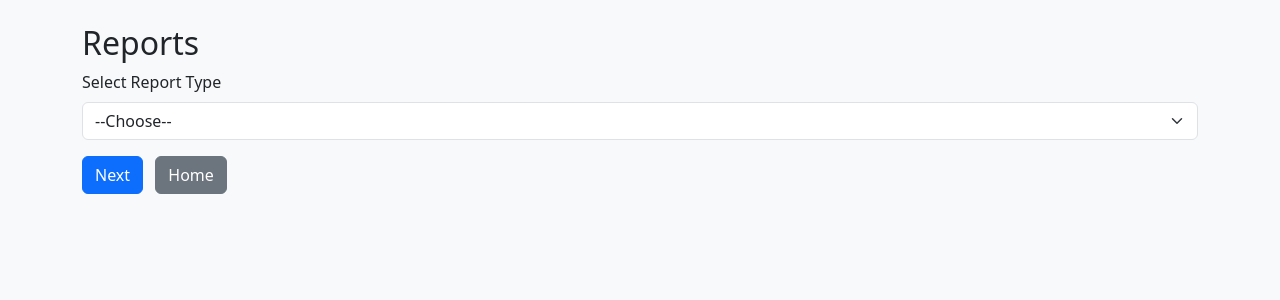
Repository: srushtinb/ProductManagementSystem
Page: http://localhost/ProductManagementSystem/reports.jsp
An editor plug-in stored every save of this project. The page is shown before and after the next save, followed by the edit.
The browser window is 1280 px wide. The pictures show the whole page.
Some web libraries are served in a nearby version. The page is served by Tomcat 9.

Above is the page before, as saved 2025-05-27 20:34:40.

After the next save:
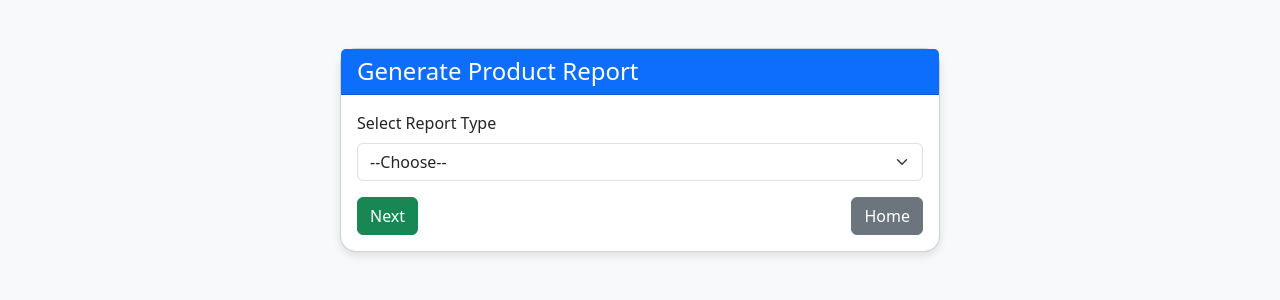
Saved 3 min 35 s later.
--- a/ProductManagementSystem/src/main/webapp/reports.jsp
+++ b/ProductManagementSystem/src/main/webapp/reports.jsp
@@ -3,24 +3,46 @@
 <html lang="en">
 <head>
     <title>Reports</title>
-    <link href="https://cdn.jsdelivr.net/npm/bootstrap@5.4.3/dist/css/bootstrap.min.css" rel="stylesheet">
+    <link href="https://cdn.jsdelivr.net/npm/bootstrap@5.3.0/dist/css/bootstrap.min.css" rel="stylesheet">
+    <style>
+        body {
+            background-color: #f8f9fa;
+        }
+        .card {
+            border-radius: 1rem;
+            box-shadow: 0 4px 8px rgba(0,0,0,0.1);
+        }
+        .form-label {
+            font-weight: 500;
+        }
+    </style>
 </head>
-<body class="bg-light">
-<div class="container py-4">
-    <h2>Reports</h2>
-    <form action="ReportCriteriaServlet" method="post">
-        <div class="mb-3">
-            <label class="form-label">Select Report Type</label>
-            <select name="type" class="form-select" required>
-                <option value="" selected disabled>--Choose--</option>
-                <option value="price">Products with Price Greater than</option>
-                <option value="category">Products in Specific Category</option>
-                <option value="top">Top N Products by Quantity</option>
-            </select>
+<body>
+
+<div class="container mt-5">
+    <div class="card mx-auto" style="max-width: 600px;">
+        <div class="card-header bg-primary text-white">
+            <h4 class="mb-0">Generate Product Report</h4>
         </div>
-        <button type="submit" class="btn btn-primary">Next</button>
-        <a href="index.jsp" class="btn btn-secondary ms-2">Home</a>
-    </form>
+        <div class="card-body">
+            <form action="ReportCriteriaServlet" method="post">
+                <div class="mb-3">
+                    <label class="form-label">Select Report Type</label>
+                    <select name="type" class="form-select" required>
+                        <option value="" selected disabled>--Choose--</option>
+                        <option value="price">Products with Price Greater than</option>
+                        <option value="category">Products in Specific Category</option>
+                        <option value="top">Top N Products by Quantity</option>
+                    </select>
+                </div>
+                <div class="d-flex justify-content-between">
+                    <button type="submit" class="btn btn-success">Next</button>
+                    <a href="index.jsp" class="btn btn-secondary">Home</a>
+                </div>
+            </form>
+        </div>
+    </div>
 </div>
+
 </body>
 </html>
